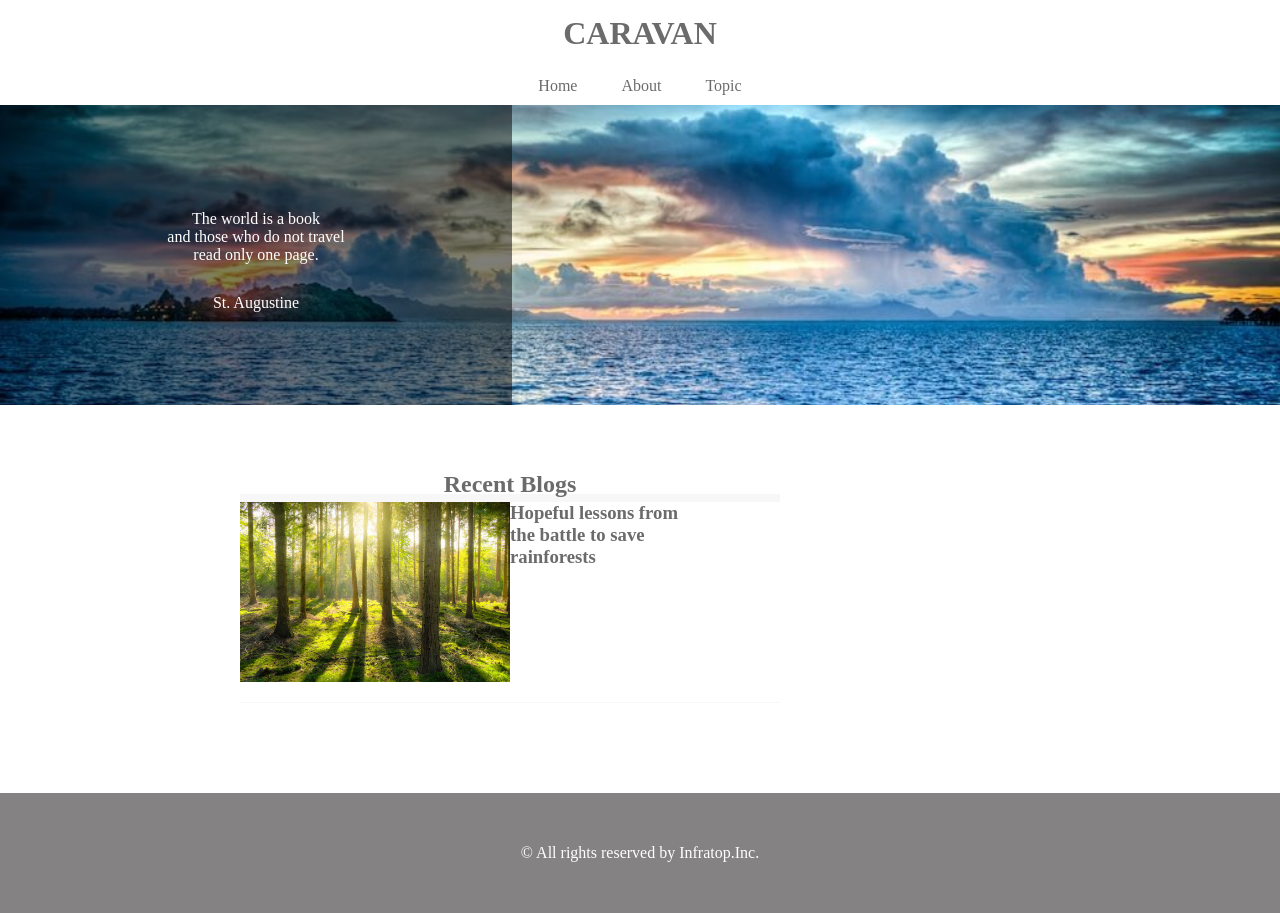
Repository: menyuu/test-html-CSS-practice
Page: caravan/index.html
The author's editor kept a record of every edit. The page is drawn from the files as they stood at one moment, then again after the next edit.
The browser window is 1280 px wide. The pictures show the whole page.

Above is the page before.

### caravan/index.html
<!DOCTYPE html>
<html lang="ja">
<head>
  <meta charset="UTF-8">
  <link rel="stylesheet" href="style.css" />
  <title>CARAVAN</title>
</head>
<body>
  <header>
    <h1 class="heading">
      <a href="index.html">
      CARAVAN
      </a>
    </h1>
  </header>

  <nav>
    <ul class="nav-list">
      <li class="nav-list-item">
        <a href="index.html">Home</a>
      </li>
      <li class="nav-list-item">
        <a href="#">About</a>
      </li>
      <li class="nav-list-item">
        <a href="#">Topic</a>
      </li>
    </ul>
  </nav>

  <div class="main-visual">
    <div class="main-visual-content">
      <p class="main-visual-text">
        The world is a book<br>
        and those who do not travel<br>
        read only one page.
      </p>
      <p class="main-visual-name">
        St. Augustine
      </p>
    </div>
  </div>

  <main>
    <section class="blog">
      <h2 class="blog-heading">Recent Blogs</h2>
      <div class="blog-item">
        <img class="blog-image" src="img/forest.jpg">
        <section class="blog-text">
          <h3>
            <a href="single.html">
              Hopeful lessons from<br>
              the battle to save<br>
              rainforests
            </a>
          </h3>
        </section>
      </div>
    </section>
    <div class="sidebar"></div>
  </main>

  <footer>
    <p class="footer-text">© All rights reserved by Infratop.Inc.</p>
  </footer>
</body>
</html>

### caravan/style.css
* {
 margin: 0;
 padding: 0;
 box-sizing: border-box;
 color: #6c6b6b;
}

a {
 text-decoration: none;
}

header {
width: 90%;
padding: 15px 0;
margin: 0 auto;
text-align: center;
}

header .heading {
 font-size: 32px;
}

.nav-list {
 text-align: center;
 padding: 10px 0;
 margin: 0 auto;
}

.nav-list-item {
 list-style: none;
 display: inline-block;
 margin: 0 20px;
}

.main-visual {
 width: 100%;
 height: 300px;
 background-image: url(img/mv.jpg);
 background-size: cover;
 background-position: center;
}

.main-visual-content {
  width: 40%;
  height: 300px;
  background-color: rgba(0, 0, 0, 0.5);
  text-align: center;
  padding-top: 105px;
}

.main-visual-text {
 color: #fff;
}

.main-visual-name {
 margin-top: 30px;
 color: #fff;
}

main {
 width: 800px;
 display: flex;
 justify-content: center;
 margin: 0 auto;
 padding: 70px 0;
}

.blog {
  width: 540px;
  margin-right: 30px;
}

.blog-heading {
 border-bottom: 8px solid #f7f7f7;
 text-align: center;
 line-height: 0.8;
}

.blog-box {
 padding-top: 50px;
}

.blog-item {
 padding-bottom: 20px;
 margin-bottom: 20px;
 border-bottom: 1px solid #f7f7f7;
 display: flex;
 justify-content: flex-start;
}

.blog-image {
 height: 180px;
}

.blog-date {
 font-size: 12px;
 display: inline-block;
}

.category {
 display: inline-block;
 padding: 5px 8px;
 background-color: #acabab;
 border-radius: 3px;
 color: #fff;
 font-size: 11px;
}

.sidebar {
  width: 230px
}




footer {
 width: 100%;
 height: 120px;
 text-align: center;
 line-height: 120px;
 background-color: #848282;
}

.footer-text {
 color: #fff;
}

After the next edit:
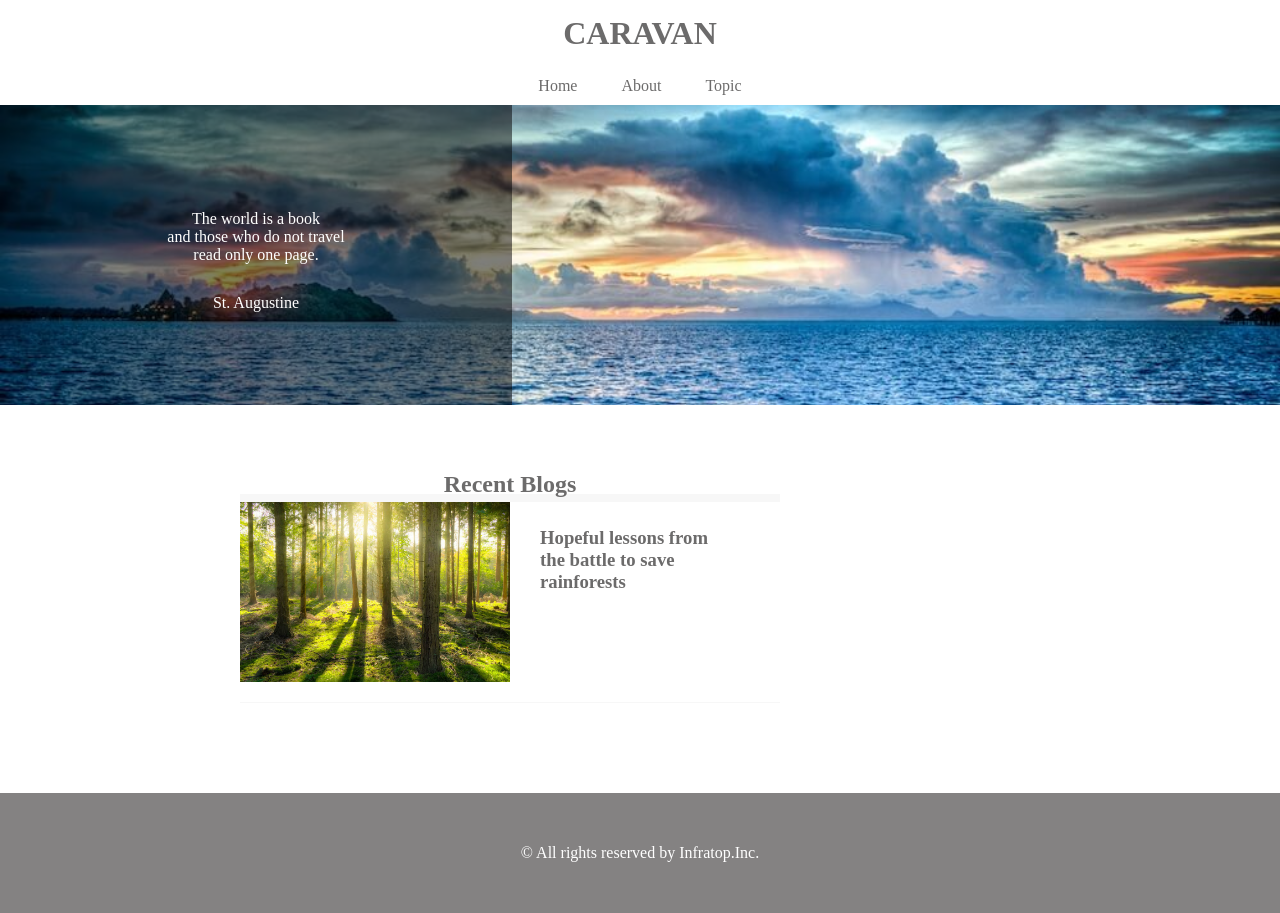
The edit:
--- a/caravan/style.css
+++ b/caravan/style.css
@@ -92,6 +92,14 @@
  height: 180px;
 }
 
+.blog-text {
+ padding: 25px 0 0 30px;
+}
+
+.blog-text-headeing {
+ padding-bottom: 15px;
+}
+
 .blog-date {
  font-size: 12px;
  display: inline-block;
